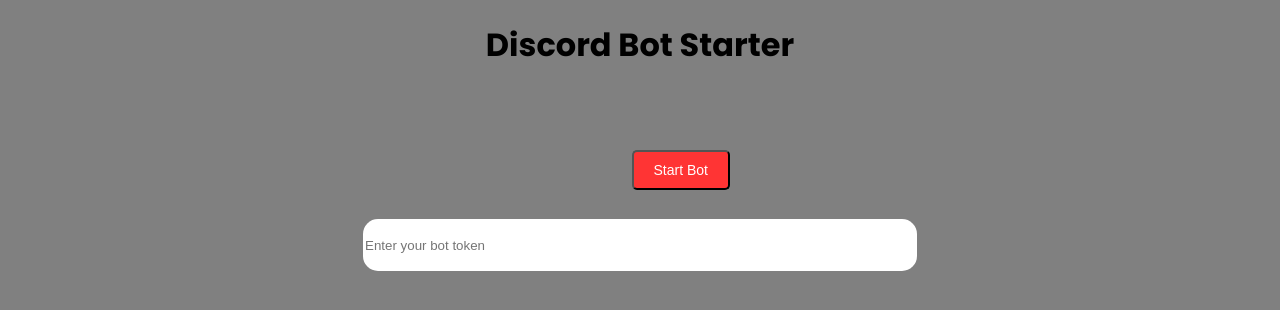
Repository: ranger2202/discord-bot-panel
Page: ranger-bot-runner/app/templates/landing.html
An editor plug-in stored every save of this project. The page is shown before and after a run of saves, followed by the edit.
The browser window is 1280 px wide. The pictures show the whole page.

Above is the page before, as saved 2023-12-30 12:11:49.

### ranger-bot-runner/app/templates/landing.html
<!DOCTYPE html>
<html lang="en">
<head>
    <meta charset="UTF-8">
    <meta name="viewport" content="width=device-width, initial-scale=1.0">
    <link rel="stylesheet" href="./../static/landing.css">
    <link rel="preconnect" href="https://fonts.googleapis.com">
    <link rel="preconnect" href="https://fonts.gstatic.com" crossorigin>
    <link href="https://fonts.googleapis.com/css2?family=Poppins:wght@400;500;600;700&display=swap" rel="stylesheet">
    <title>Discord Bot Starterqwrqwr</title>
</head>
<body>
    <h1 class="bot-header">Discord Bot Starter</h1>
    <div class="bot-token">
        <input class="bot-token-password" type="password" id="token" placeholder="Enter your bot token">
    </div>
    <div class="start-button">
        <button class="start-button" onclick="startBot()">Start Bot</button>
    </div>


    <script type="text/javascript" src="./../static/js/app.js"></script>
</body>
</html>

### ranger-bot-runner/app/static/landing.css
body {
    background-color: grey;
    padding: 0;
    margin: 0;
    font-family: 'Poppins', sans-serif;
}
.start-button button{
    position: absolute;
    right: 550px;
    top: 150px;
    display: inline-block;
    padding: 10px 20px;
    font-size: 14px;
    text-decoration: none;
    color: #ffffff;
    background-color: #FF3434;
    border-radius: 5px;
    transition: background-color 0.3s ease-in-out;
}
.bot-header{
    display: flex;
    justify-content: center;
}
.bot-token{
    display: flex;
    justify-content: center;
    margin-top: 150px;
}
.bot-token-password{
    width: 550px;
    height: 50px;
    border-radius: 15px;
    color: #000;
    border: none;

}

### ranger-bot-runner/app/static/js/app.js
function startBot() {
  var token = document.getElementById('token').value;
  fetch('/start_bot', {
      method: 'POST',
      headers: {
          'Content-Type': 'application/json',
      },
      body: JSON.stringify({ bot_token: token }),  // Adjusted to match server expectation
  })
  .then(response => response.json())
  .then(data => {
      alert(data.message);  // Display the server response message
  })
  .catch(error => {
      alert('There was an error somewhere.');
  });
}

After the next 3 saves:
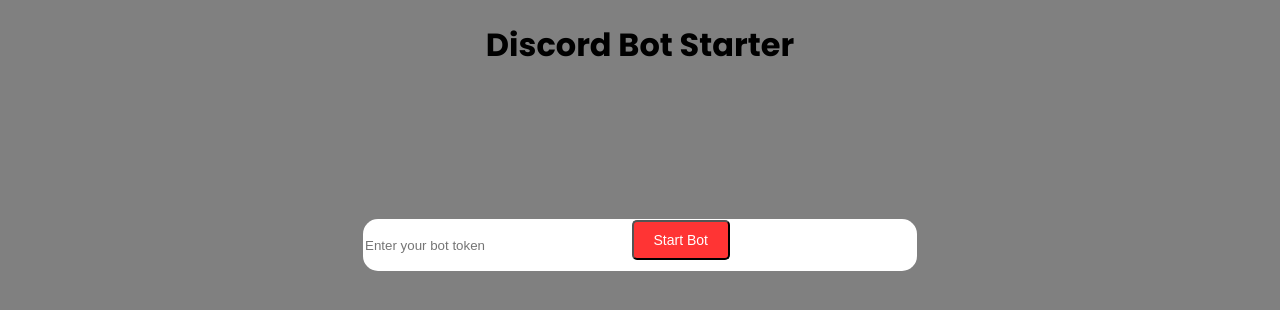
The 3 saves are shown as one change because they came seconds apart.
The last was saved 10 s later.
--- a/ranger-bot-runner/app/static/landing.css
+++ b/ranger-bot-runner/app/static/landing.css
@@ -7,7 +7,7 @@
 .start-button button{
     position: absolute;
     right: 550px;
-    top: 150px;
+    top: 220px;
     display: inline-block;
     padding: 10px 20px;
     font-size: 14px;
